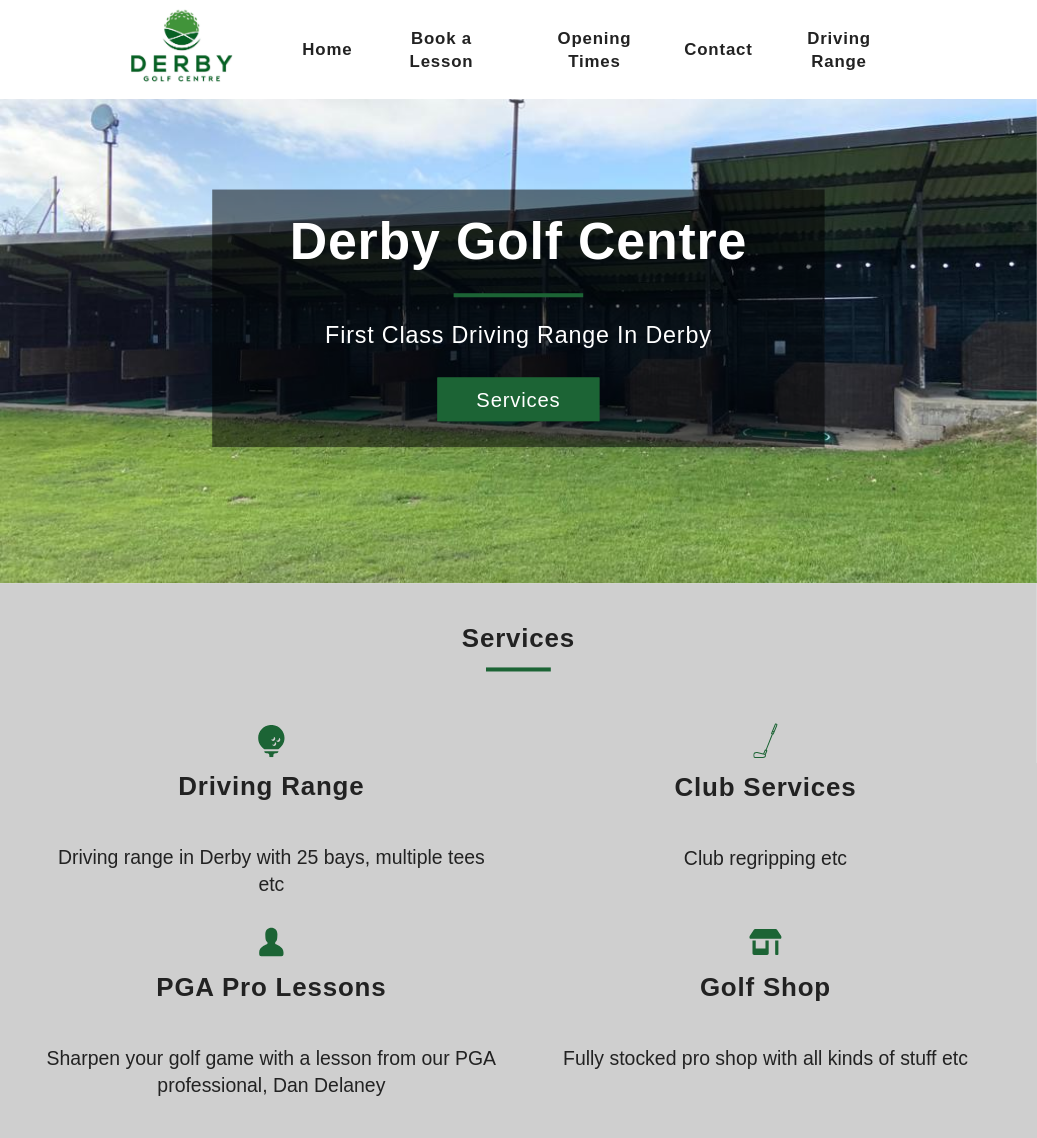
Repository: frankinstyyn/nigeljamesconsulting
Page: /
An editor plug-in stored every save of this project. The page is shown before and after the next save, followed by the edit.
The browser window is 1280 px wide. The pictures show the whole page, at 81% of full size.
Some web fonts or font styles are not loaded; a fallback is used. The project was rebuilt for these pictures with package versions that can differ from the ones it lists, and the page was loaded fresh each time. Also part of the build but not shown: src/pages/Lesson.js, src/pages/SingleRoom.js, src/pages/Error.js.

Above is the page before, as saved 2021-01-08 18:15:15.

After the next save:
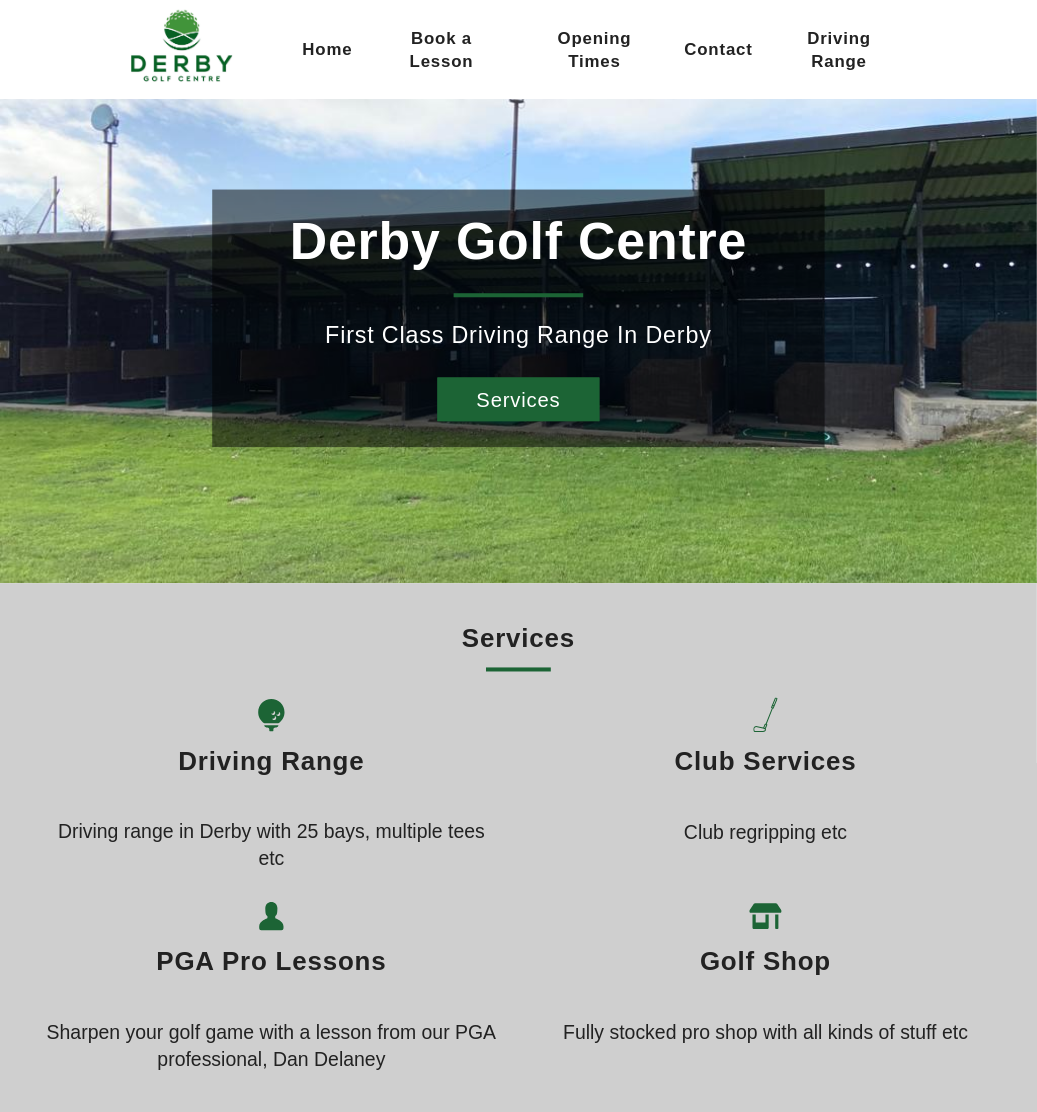
Saved 25 s later.
--- a/src/App.css
+++ b/src/App.css
@@ -224,7 +224,7 @@
 /* Title */
 .section-title {
   text-align: center;
-  margin-bottom: 4rem;
+  margin-bottom: 2rem;
 }
 .section-title h4 {
   font-size: 2rem;
